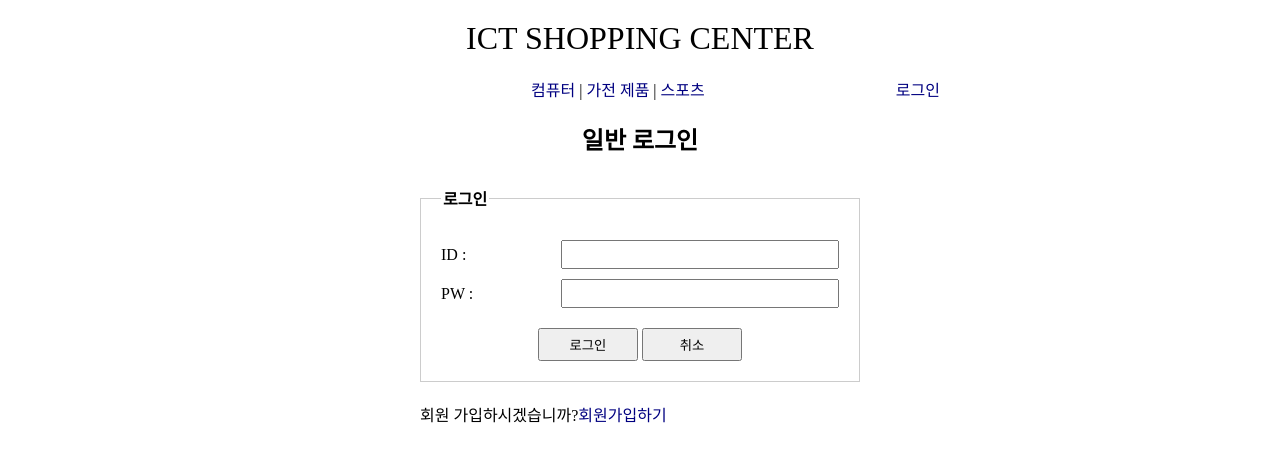
Repository: xlz5000/ICT
Page: http://localhost/spring_mvc02/WEB-INF/views/day09/loginForm.jsp
The author's editor kept a copy of each file at every save. The page is drawn from the files as they stood at one save, then again after the next save.
The browser window is 1280 px wide. The pictures show the whole page.
The page is served by Tomcat 9. Nobody is signed in. Other server files are loaded and not shown. The template is opened directly, without the code that normally fills it, so the values that code supplies are empty.

Above is the page before, as saved 2025-04-17 01:05:27.

### spring_mvc02/src/main/webapp/WEB-INF/views/day09/loginForm.jsp
<%@ page language="java" contentType="text/html; charset=UTF-8"
    pageEncoding="UTF-8"%>
<%@taglib prefix="c" uri="http://java.sun.com/jsp/jstl/core" %>
<!DOCTYPE html>
<html>
<head>
<meta charset="UTF-8">
<title>Insert title here</title>
<style type="text/css">

#container{
	width: 500px;
	margin: 0 auto; /*중앙위치*/
	text-align:left; /*내부 폼요소 왼쪽 정렬*/

}


h2{
text-align: center;

}

fieldset{
margin: 20px 0;
padding: 20px;
border: 1px solid #ccc;

}

legend{
font-weight:  bold;

}

ul{
list-style-type: none;
padding: 0;
margin: 0;

}


li{
	display:flex;
	align-items: center;
	margin: 10px 0;

}



li label{
	width: 120px;
	flex-shrink: 0;
}


input{
 	padding: 5px;
 	flex: 1;
 	box-sizing: border-box;

}

#buttons{
 text-align: center;
 margin-top: 20px;

}

input[type="submit"],
input[type="reset"]{

	width: 100px;
}


a{text-decoration: none;}
</style>
</head>
<body>

<%@ include file="../day08/top.jsp" %>
	<div id="container">
	<h2>일반 로그인</h2>
	<div id="login" style="margin: 30px;">
		<form action="/members_login_ok" method="post">
			<fieldset>
				<legend>로그인</legend>
				<ul>

					<li><label for="m_id">ID : </label>
						<input type="text" id="m_id" name="m_id" required>
					</li>
					<li><label for="m_pw">PW : </label>
						<input type="password" id="m_pw" name="m_pw" required>
					</li>

				</ul>

				<div id="buttons">
					<input type="submit" value="로그인">
					<input type="reset" value="취소">


				</div>

			</fieldset>

		</form>
		<div>
			회원 가입하시겠습니까?<span><a href="/members_join">회원가입하기</a></span>

		</div>

	</div>
</div>


<c:if test="${loginchk == 'fail' }">

	<script type="text/javascript">
		alert("아이디나 비밀번호가 틀렸습니다.")


	</script>


</c:if>
<c:if test="${joinchk == 'fail' }">

	<script type="text/javascript">
		alert("회원가입 실패, 다시 시도해주세요.")


	</script>


</c:if>
<c:if test="${joinchk == 'ok' }">

	<script type="text/javascript">
		alert("회원가입 성공. 로그인 해주세요")


	</script>


</c:if>
</body>
</html>

### spring_mvc02/src/main/webapp/WEB-INF/views/day08/top.jsp
<%@ page language="java" contentType="text/html; charset=UTF-8"
	pageEncoding="UTF-8"%>
<%@ taglib prefix="c" uri="http://java.sun.com/jsp/jstl/core" %>
<!DOCTYPE html>
<html>
<head>
<meta charset="UTF-8">
<title>Insert title here</title>
<style>
a:link {
	text-decoration: none;
	color: navy
}

a:visited {
	text-decoration: none;
	color: navy
}

a:hover {
	text-decoration: none;
	color: red
}

body {
	text-align: center
}

hr {
	width: 600px;
	border: 1px;
	color: navy;
}

div#header, div#nav {
	width: 600px;
	margin: 20px auto;
	text-align: center;
}

div#wrap {
	margin: 0 auto;
}


div#log{float: right}

.title{
	font-size: 32px;

}
</style>
</head>
<body>
	<div id="wrap">

		<div id="header">
			<span class="title"> ICT SHOPPING CENTER </span>
		</div>

		<div id="nav">
			<a href="/day08?category=com001">컴퓨터</a> |
			<a href="/day08?category=ele002">가전 제품</a> |
			<a href="/day08?category=sp003">스포츠</a>


		<div id="log">
			<c:choose>
				<c:when test="${loginchk == 'ok' }">
				 ~~~님 환영합니다. |


				</c:when>
				<c:otherwise>
					<a href="/members_loginForm">로그인</a>


				</c:otherwise>



			</c:choose>


			</div>
		</div>
	</div>
</body>
</html>

After the next save:
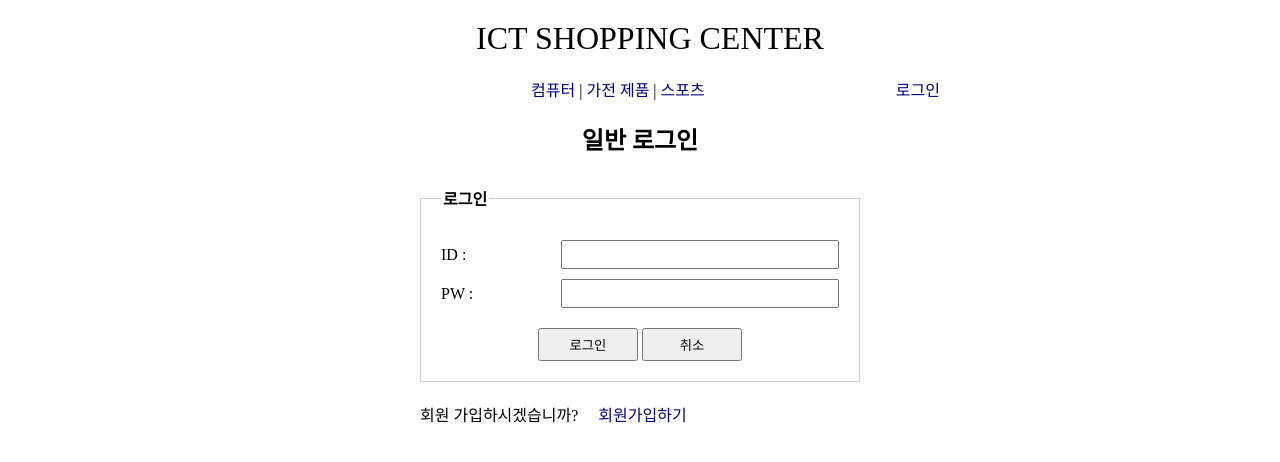
Saved 90 s later.
--- a/spring_mvc02/src/main/webapp/WEB-INF/views/day09/loginForm.jsp
+++ b/spring_mvc02/src/main/webapp/WEB-INF/views/day09/loginForm.jsp
@@ -77,6 +77,12 @@ input[type="reset"]{
 
 
 a{text-decoration: none;}
+span{
+margin-left: 20px;
+
+}
+
+
 </style>
 </head>
 <body>
